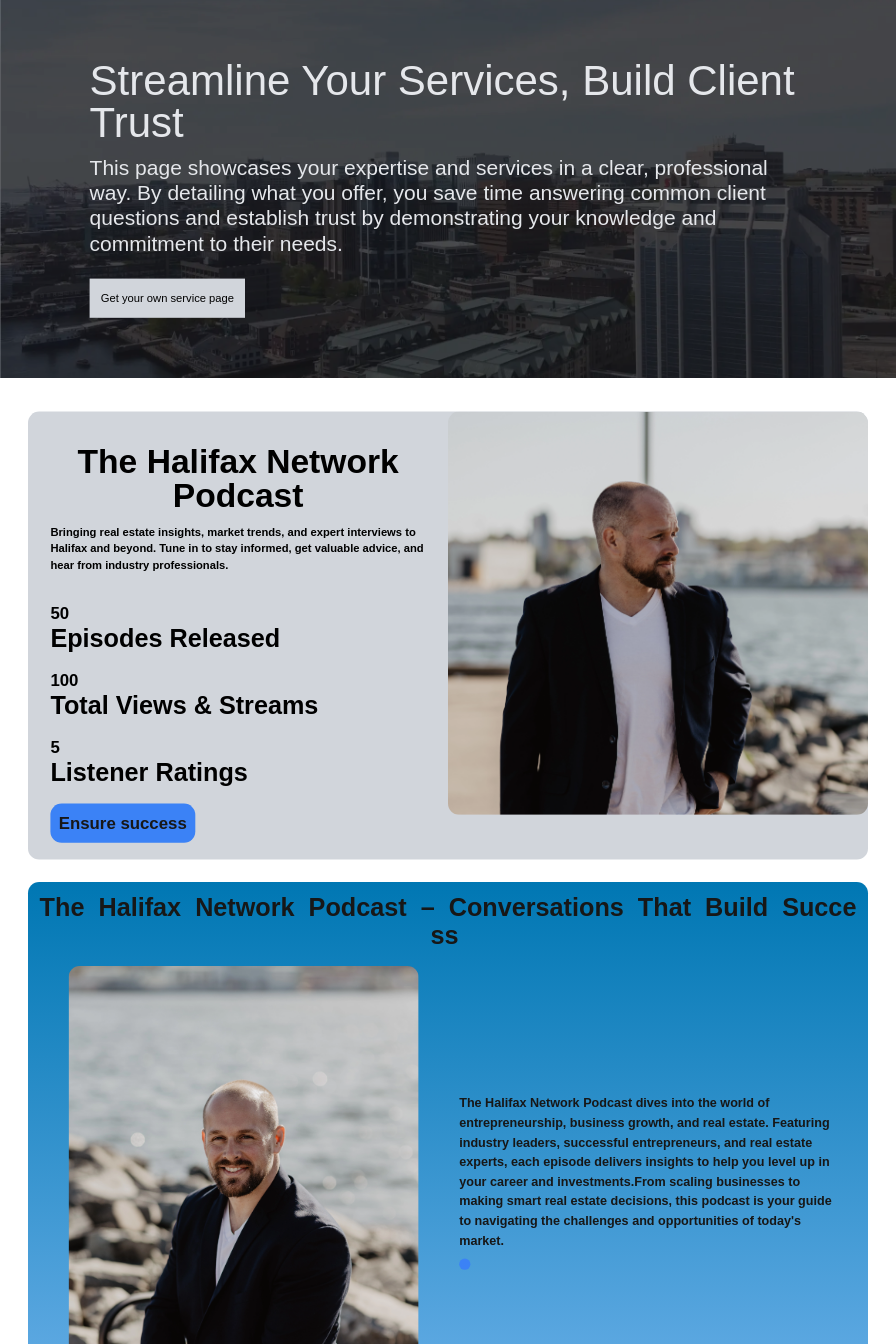
Repository: TMuse333/Chris-crowell
Page: /podcast (app in frontend/)
These files come from the project's save history. The page is drawn as it stood at one moment and after the next save; the edit follows.
The browser window is 1280 px wide. The pictures show the part of the page from y = 0 to 1920 px (the page is 3232 px tall), at 70% of full size.
The project was rebuilt for these pictures with package versions that can differ from the ones it lists, and the page was loaded fresh each time. The framework's server and built-in components were replaced by stand-ins that run in the browser. Also part of the build but not shown: frontend/next.config.ts.

Above is the page before, as saved 2025-02-15 21:37:19.

### frontend/src/app/layout.tsx
import { ContextProvider } from "@/context/context";
import type { Metadata } from "next";
import { Geist, Geist_Mono } from "next/font/google";
import "./globals.css";

const geistSans = Geist({
  variable: "--font-geist-sans",
  subsets: ["latin"],
});

const geistMono = Geist_Mono({
  variable: "--font-geist-mono",
  subsets: ["latin"],
});

export const metadata: Metadata = {
  title: "Create Next App",
  description: "Generated by create next app",
};

export default function RootLayout({
  children,
}: Readonly<{
  children: React.ReactNode;
}>) {
  return (
    <html lang="en">
      <ContextProvider>


      <body
        className={`${geistSans.variable} ${geistMono.variable} antialiased`}
      >
        {children}
      </body>
      </ContextProvider>
    </html>
  );
}

### frontend/src/app/podcast/page.tsx


import PodcastPage from "@/pageComponents/podcastPage";
import React from "react";

const Page = () => {


    return (
        <PodcastPage/>
    )
}

export default Page

### frontend/src/context/context.tsx
"use client"

import React, { createContext, useState, useContext, ReactNode, useEffect } from 'react';

// Define the type for the context value
interface GeneralContextType {
  isMobile: boolean;
  setIsMobile: React.Dispatch<React.SetStateAction<boolean>>;
  isDesktop: boolean;
  setIsDesktop: React.Dispatch<React.SetStateAction<boolean>>;


  applicationFormState: Record<string, string>;
  setApplicationFormState: React.Dispatch<React.SetStateAction<Record<string, string>>>;


}


// Create the context
export const GeneralContext = createContext<GeneralContextType | undefined>(undefined);

// Create a provider component
export const ContextProvider: React.FC<{ children: ReactNode }> = ({ children }) => {
  // Initialize the value state


  // Detect mobile devices
  const [isMobile, setIsMobile] = useState<boolean>(true);

const [isDesktop, setIsDesktop] = useState(false)

const [applicationFormState, setApplicationFormState] = useState<Record<string, string>>({});

  useEffect(() => {
    const handleScroll = () => {
      if (typeof window !== 'undefined') {
        setIsMobile(window.innerWidth <= 865);
      }
      else{
        setIsDesktop(true)
      }
    };

    if (typeof window !== 'undefined') {
      window.addEventListener('scroll', handleScroll);
      handleScroll(); // Initial check
    }

    return () => {
      if (typeof window !== 'undefined') {
        window.removeEventListener('scroll', handleScroll);
      }
    };
  }, []);

  useEffect(() => {
    const handleScroll = () => {
      if (typeof window !== 'undefined') {
        setIsDesktop(window.innerWidth > 868);
      }

    };

    if (typeof window !== 'undefined') {
      window.addEventListener('scroll', handleScroll);
      handleScroll(); // Initial check
    }

    return () => {
      if (typeof window !== 'undefined') {
        window.removeEventListener('scroll', handleScroll);
      }
    };
  }, []);


  useEffect(() => {
    console.log('is mobile', isMobile);
    console.log("is desktop", isDesktop)
  }, [isDesktop]);

  const contextValue = {

    isMobile,
    setIsMobile,
    applicationFormState,
    setApplicationFormState,
    isDesktop,
    setIsDesktop


  };

  return <GeneralContext.Provider value={contextValue}>{children}</GeneralContext.Provider>;
};

export const useGeneralContext = (): GeneralContextType => {
  const context = useContext(GeneralContext);
  if (!context) {
    throw new Error('useGeneralContext must be used within a ContextProvider');
  }
  return context;
};

### frontend/src/app/globals.css
@tailwind base;
@tailwind components;
@tailwind utilities;

:root {
  --background: #ffffff;
  --foreground: #171717;
}

@media (prefers-color-scheme: dark) {
  :root {
    --background: #0a0a0a;
    --foreground: #ededed;
  }
}

body {
  color: var(--foreground);
  background: var(--background);
  font-family: Arial, Helvetica, sans-serif;
}

@keyframes gradientAnimation {
  0% { background-position: 0% 50%; }
  50% { background-position: 100% 50%; }
  100% { background-position: 0% 50%; }
}

.gradient-animation {
  background: linear-gradient(90deg, #00bfff, #00A7E0, #64D8FF);
  background-size: 200% 200%;
  background-clip: text;
  -webkit-background-clip: text;
  color: transparent;
  animation: gradientAnimation 8s ease-in-out infinite;
}

### frontend/src/pageComponents/podcastPage.tsx
"use client"

import Carousel from "@/components/carousels/carousel/carousel";
import BgText from "@/components/contentPieces/bgText/bgText";
import CountUpImageText from "@/components/contentPieces/countUpImageText/countUpImageText";
import ExperienceCard from "@/components/contentPieces/experienceCard/experienceCard";
import ServiceHerobanner from "@/components/herobanners/serviceHerobanner/serviceHerobanner";
import { podcastCarousel, podcastCountup, podcastExperienceCard, podcastHerobanner, podcastText } from "@/data/podcastData";
import React from "react";


const PodcastPage = () => {


    return (
        <main className="w-screen">
            <ServiceHerobanner
            {...podcastHerobanner}
           alt=""
            />
            <CountUpImageText
            {...podcastCountup}
            />

            <ExperienceCard
            {...podcastExperienceCard}
            buttonText=""
            />

            <Carousel
            {...podcastCarousel}
            />

            {/* <BgText
            {...podcastText}
            /> */}
        </main>
    )
}

export default PodcastPage

### frontend/src/components/contentPieces/countUpImageText/countUpImageText.tsx
import { useGeneralContext } from "@/context/context";
import Image from "next/image";
import React, { useRef } from "react";
import CountUp from "react-countup";
import {useInView,motion,useTransform,
    easeIn, useScroll
} from 'framer-motion'
interface Props {
    src:string,
    alt:string
    title:string,
    description:string,
    stats:{
        number:string,
        name:string
    }[]
}



const CountUpImageText:React.FC<Props> = ({
    src,alt,title,description,stats
}) => {

    const {isMobile} = useGeneralContext()

    const ref = useRef(null)

    const inView = useInView(ref,{
        amount:!isMobile ? 0.5 : 0.4,
        once:true
    })

    const { scrollYProgress } = useScroll({
        target: ref, // Watch this section
        offset: ["start end", "end start"], // Trigger based on when it enters and leaves the viewport
    });

    // Map scrollYProgress to scale and opacity
    const scale = useTransform(scrollYProgress, [0, 0.3, 0.7, 1], [0.95, 1, 1, 0.95],  { ease:easeIn });

    const fadeInVariants = (delay: number) => {

        return {
            initial: { opacity: 0, x: -30, y: -20 },
            animate: { opacity: 1, x: 0, y: 0 ,
            transition: {
              duration: 0.4,
              delay: delay, // Delay based on the parameter
              ease: "easeInOut"
            }
        }
        }

      };

      const statVariants = (delay: number) => {

        return {
            initial: { opacity: 0, x: -50, y: 0 },
            animate: { opacity: 1, x: 0, y: 0 ,
            transition: {
              duration: 0.5,
              delay:0.3 + delay, // Delay based on the parameter
              ease: "easeInOut"
            }
        }
        }
      };

      const ref2 = useRef(null)

      const countInView = useInView(ref2,{
        once:true
      })


      return (
        <motion.section
          style={{
            scale
          }}
          ref={ref}
          className="flex flex-col bg-gray-300 mt-12 w-[97vw] rounded-2xl overflow-hidden md:flex-row-reverse mx-auto max-w-[1200px]"
        >
          {/* Title */}
          <motion.h2
            variants={fadeInVariants(0)}
            initial="initial"
            animate={inView ? "animate" : "initial"}
            className="mx-auto text-3xl text-black font-bold text-center sm:text-4xl md:text-5xl mt-12 mb-4 md:hidden"
          >
            {title}
          </motion.h2>

          <section className="relative w-[98vw] md:w-[48vw] md:block h-[80vh]
          ">

            <Image
              src={src}
              alt={alt}
              width={600}
              height={1300}
              className={`w-full h-full rounded-2xl
              z-[1]
               object-cover mx-auto md:block transition-all
               duration-1000
               ${inView ? ' h-[80vh]' : 'h-0'}
                 mt-auto mb-auto absolute`}
              style={{
                borderRadius: "1rem"
              }}
            />
          </section>

          {/* Description */}
          <section className="flex flex-col px-4 md:w-[48vw]">
            <motion.h2
              variants={fadeInVariants(0)}
              initial="initial"
              animate={inView ? "animate" : "initial"}
              className="mx-auto text-3xl text-black font-bold text-center sm:text-4xl md:text-5xl mt-12 mb-4 hidden md:block"
            >
              {title}
            </motion.h2>

            <motion.p
              variants={fadeInVariants(0.1)}
              initial="initial"
              animate={inView ? "animate" : "initial"}
              className="text-black md:px-4 font-semibold mb-6 mt-4 md:mt-0"
            >
              {description}
            </motion.p>

            <section
            ref={ref2}
            className="flex mx-auto flex-col justify-center items-center  mt-4 md:flex-row font-semibold md:mr-auto md:ml-4
            ">
              {/* Stats Loop */}
              <div className="text-2xl mb-6 flex flex-col justify-start items-start">
                {stats.map((stat, index) => {
                  const delay = 0.2 + index * 0.4;
                   const nameDelay = 0.25 + index * 0.4
                  return (
                    <div
                      key={index}
                      className="flex flex-col text-black items-center justify-center text-center ml-4 mb-6 md:ml-0 mr-auto"
                    >
                      <motion.p
                        variants={statVariants(delay)}
                        initial="initial"
                        animate={countInView ? "animate" : "initial"}
                        className="sm:text-xl md:text-2xl mr-auto"
                      >
                        <CountUp
                          start={0}
                          end={countInView ? parseInt(stat.number) : 0}
                          duration={2}
                          className="mr-auto sm:text-2xl"
                        />
                      </motion.p>

                      <motion.p
                      variants={statVariants(nameDelay)}
                      initial="initial"
                      animate={countInView ? "animate" : "initial"}
                      className="mr-auto text-left self-start sm:text-3xl md:text-4xl">
                        {stat.name}
                      </motion.p>
                    </div>
                  );
                })}
                <button className="bg-blue-500
                p-3 rounded-2xl p-3">
                    Ensure success
                </button>
              </div>
            </section>
          </section>

        </motion.section>
      );

}

export default CountUpImageText

### frontend/src/components/herobanners/serviceHerobanner/serviceHerobanner.tsx

import React from 'react'

import Image from 'next/image'

interface Props {
    src:string,
    alt:string,
    title:string,
    description:string,
    buttonText:string,
    destination:string
}

const ServiceHerobanner:React.FC<Props> = ({
    src,alt,title,description,
    buttonText,
}) => {






    return (



    <header
    className='w-screen min-h-[500px]
    h-[75vh] text-center text-gray-200
    relative flex flex-col items-center justify-center
    transition-colors
    duration-1000
    '
    //  style={{
    //     backgroundImage:`url(${bg})`,
    //     backgroundSize:'cover',
    //     backgroundPosition:'center'

    // }}

   role='banner'
   >
    <Image className='w-full h-full object-cover absolute z-[1]
    brightness-[0.5]'
src={src}
priority
width={600}
height={1300}
alt={alt}
/>

        <section className='text-left w-4/5 relative z-[2]'>



<h1
 className='text-4xl sm:text-5xl md:text-6xl'>{title}</h1>
<h2

 className='text-xl mt-4 sm:text-2xl md:text-3xl'>{description}</h2>
<button





className='bg-gray-300 p-4 text-black !important
mt-8 hover:scale-[1.1] hover:bg-slate-900 hover:text-white
transition-all'>
 {buttonText}
</button>


</section>
    </header>
    )
}

export default ServiceHerobanner

### frontend/src/data/podcastData.ts
export const podcastHerobanner = {
    src:'/skyline.webp',

title: "Streamline Your Services, Build Client Trust",
description: "This page showcases your expertise and services in a clear, professional way. By detailing what you offer, you save time answering common client questions and establish trust by demonstrating your knowledge and commitment to their needs.",
    buttonText:'Get your own service page',
    destination:'/contact'
}


export const podcastCountup = {
    src: "/chris-side.webp",
    alt: "Chris hosting The Halifax Network Podcast",
    title: "The Halifax Network Podcast",
    description: `Bringing real estate insights, market trends, and expert interviews to Halifax and beyond. Tune in to stay informed, get valuable advice, and hear from industry professionals.`,
    stats: [
      {
        number: "50+",
        name: "Episodes Released",
      },
      {
        number: "100K+",
        name: "Total Views & Streams",
      },
      {
        number: "5★",
        name: "Listener Ratings",
      },
    ],
  };

  export const podcastExperienceCard = {
    title: "The Halifax Network Podcast – Conversations That Build Success",
    src: "/chris-seated.webp",
    alt: "Chris hosting The Halifax Network Podcast",
    description:
      "The Halifax Network Podcast dives into the world of entrepreneurship, business growth, and real estate. Featuring industry leaders, successful entrepreneurs, and real estate experts, each episode delivers insights to help you level up in your career and investments." +

      "From scaling businesses to making smart real estate decisions, this podcast is your guide to navigating the challenges and opportunities of today's market.",

    aspects: [
      "In-depth conversations with top entrepreneurs and industry experts",
      "Topics covering business strategies, personal finance, and real estate",
      "Over 100K+ total views and streams",
      "Empowering listeners with actionable insights and success stories",
    ],

    link: "/podcast",
    reverse: false,
    aspectHeader: "Why Listen to The Halifax Network Podcast?",
  };

  export const podcastText = {
    image: "/skyline.webp",
    title: "The Halifax Network Podcast – Stories of Success & Growth",
    description:
      "Join The Halifax Network Podcast, where we bring together entrepreneurs, business leaders, and real estate professionals to share insights, strategies, and experiences. Whether you're looking to scale your business, make smarter investments, or gain inspiration from industry experts, this podcast is your go-to resource for success.",

    buttonText: "Listen Now",
    destination: "/podcast",
  };

  export const podcastCarousel = {
    images: [
      {
        url: "/skyline.mp4",
        title: "Podcast About Websites",
        description: "Discussing the importance of a strong online presence and how websites impact business success.",
        isVideo: true,
      },
      {
        url: "/skyline.mp4",
        title: "Podcast About Real Estate Investing",
        description: "Exploring strategies for buying, selling, and investing in real estate for long-term wealth.",
        isVideo: true,
      },
      {
        url: "/skyline.mp4",
        title: "Podcast About Entrepreneurship",
        description: "Insights into starting and scaling a business, overcoming challenges, and building a brand.",
        isVideo: true,
      },
      {
        url: "/skyline.mp4",
        title: "Podcast About Networking",
        description: "How building meaningful connections can accelerate career and business growth.",
        isVideo: true,
      },
    ],
    hasDescription: true,
  };

### frontend/src/components/textAnimations/typeAlongText/typeAlongText.tsx
import { motion } from 'framer-motion';
import React, { ElementType, useState, useEffect } from 'react';

interface TypeAlongTextProps {
  text: string; // The text to animate
  as?: ElementType; // The HTML tag to render (default: 'p')
  styles?: string; // Additional CSS classes
  keywords?: string[]; // Highlighted keywords
  startAnimation?: boolean; // Control when animation starts
  setAnimationComplete?: React.Dispatch<React.SetStateAction<boolean>>; // Notify when animation is complete
  duration?: number; // Optional duration to control animation speed (default: 0.3 seconds)
}

const TypeAlongText: React.FC<TypeAlongTextProps> = ({
  text,
  as: Tag = 'p', // Default to 'p' tag
  styles = '',
  keywords = [],
  startAnimation = false, // Default to false if not provided
  setAnimationComplete, // Optional function to notify when animation is complete
  duration = 0.3, // Default animation duration for each character (can be customized)
}) => {
  const [highlightComplete, setHighlightComplete] = useState(false);
  const [animationStarted, setAnimationStarted] = useState(false);


  useEffect(() => {
    if (startAnimation && !animationStarted) {
      setAnimationStarted(true);
    }
  }, [startAnimation, animationStarted]);

  const isKeyword = (segment: string) => keywords.includes(segment);

  const handleAnimationComplete = () => {

    setHighlightComplete(true);
    if (setAnimationComplete) {
        console.log('typing animation complete')
      setAnimationComplete(true); // Notify parent that the animation is complete
    }
  };

  let charIndexCounter = 0;

  return (
    <Tag className={`inline-block text-center mx-auto ${styles}`}>
      {text.split('\n').map((line, lineIndex) => (
        <span key={lineIndex} className="block"> {/* Render each line as a block */}
          {line.split(' ').map((word, wordIndex) => (
            <span key={`${lineIndex}-${wordIndex}`}> {/* Add spacing between words */}
              {word.split('').map((char, charIndex) => {
                const cumulativeDelay = charIndexCounter * 0.05;
                charIndexCounter++;

                const isLastCharacter =
                  charIndexCounter === text.replace(/\s/g, '').length;

                return (
                  <motion.span
                    key={`${lineIndex}-${wordIndex}-${charIndex}`}
                    initial={{ y: -20, opacity: 0 }}
                    animate={startAnimation ? { y: 0, opacity: 1 } : {}}
                    transition={{
                      delay: cumulativeDelay,
                      duration:duration,
                    }}
                    className={`inline-block whitespace-pre-line ${
                      highlightComplete && isKeyword(word) ? 'animate-gradient' : ''
                    }`}
                    style={
                      highlightComplete && isKeyword(word)//#18C5FF
                        ? {
                            background: 'linear-gradient(90deg, #00bfff, #00A7E0, #64D8FF)',
                            backgroundSize: '200% 200%',
                            backgroundClip: 'text',
                            WebkitBackgroundClip: 'text',
                            color: 'transparent',
                            animation: 'gradient-animation 8s ease-in-out infinite',
                            transition: 'background 0.5s ease, color 0.5s ease',
                          }
                        : undefined
                    }
                    whileHover={{
                      y: -12,
                      transition: {
                        duration: 0.2,
                        ease: 'easeInOut',
                      },
                    }}
                    onAnimationComplete={isLastCharacter ? handleAnimationComplete : undefined}
                  >
                    {char}
                  </motion.span>
                );
              })}
              &nbsp; {/* Add space between words */}
            </span>
          ))}
        </span>
      ))}
    </Tag>
  );
};

export default TypeAlongText;

Loaded but not shown: frontend/tailwind.config.ts (common file); frontend/src/components/carousels/carousel/carousel.tsx (307 lines, source omitted); frontend/src/components/contentPieces/experienceCard/experienceCard.tsx (225 lines, source omitted)

After the next save:
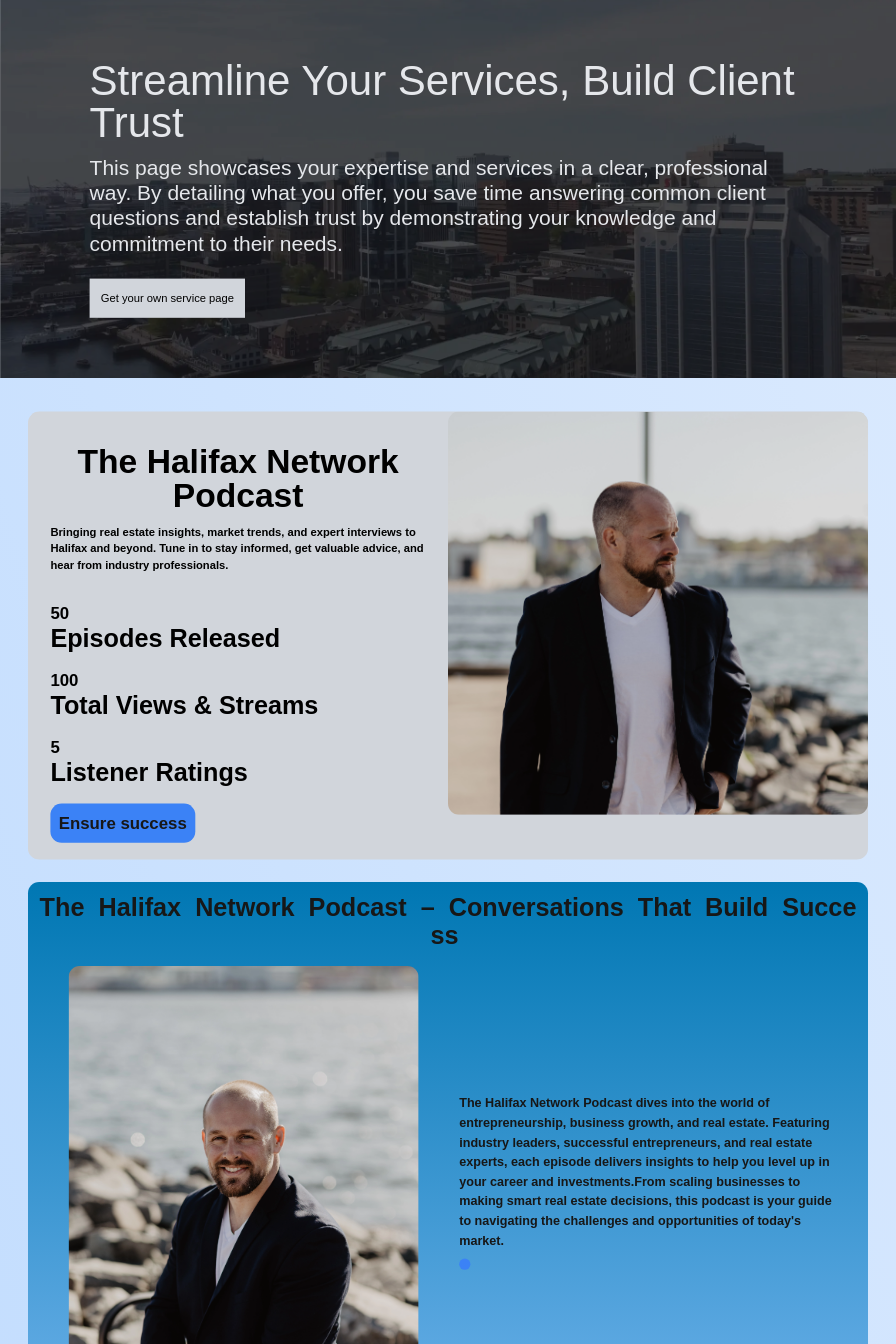
Saved 2 min 44 s later.
--- a/frontend/src/pageComponents/podcastPage.tsx
+++ b/frontend/src/pageComponents/podcastPage.tsx
@@ -13,7 +13,7 @@ const PodcastPage = () => {
 
 
     return (
-        <main className="w-screen">
+        <main className="w-screen bg-gradient-to-tr from-blue-200 to-blue-100">
             <ServiceHerobanner
             {...podcastHerobanner}
            alt=""
